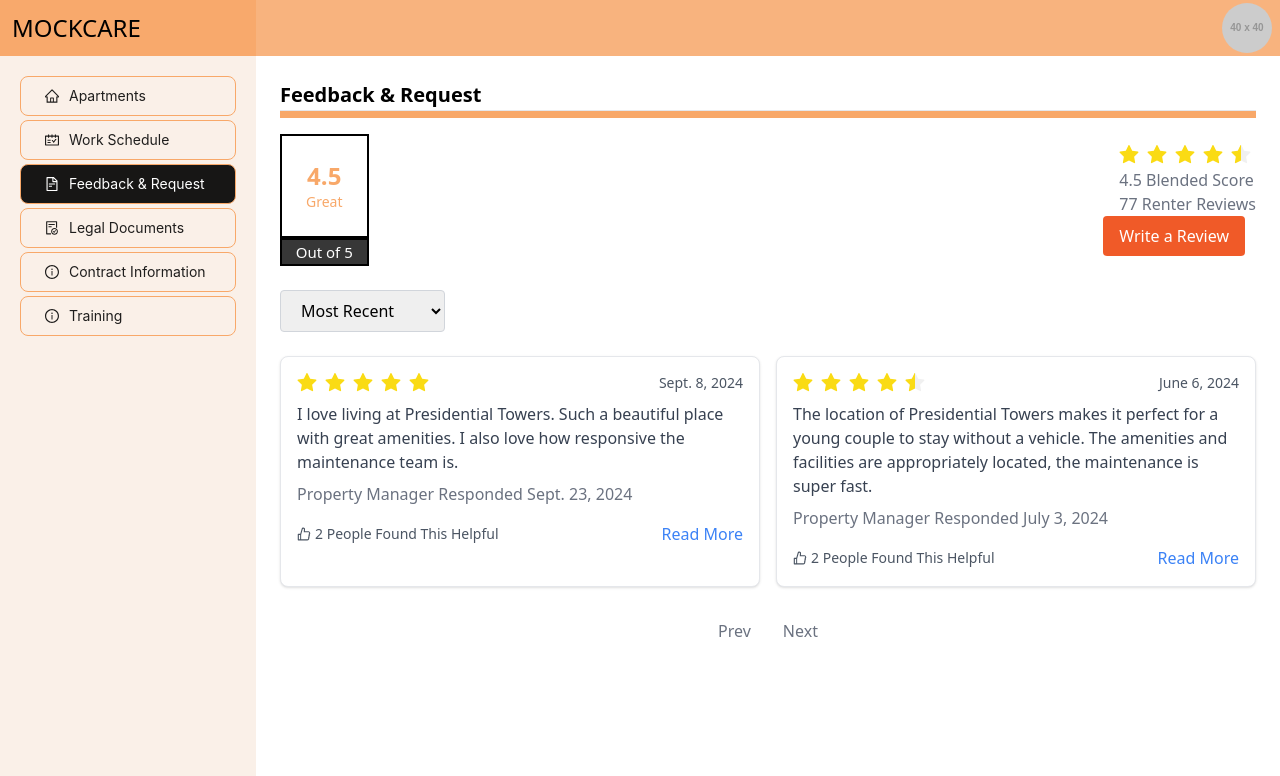
Repository: dunh-real/MockProject_102024_Nhom4
Page: / (app in frontend/)
These files come from the project's save history. The page is drawn as it stood at one moment and after the next save; the edit follows.
The browser window is 1280 px wide. The pictures show the whole page.
The project was rebuilt for these pictures with package versions that can differ from the ones it lists, and the page was loaded fresh each time. Also part of the build but not shown: frontend/vite.config.js, frontend/vite.config.ts, frontend/src/App.css, frontend/src/component/ReviewModal.tsx.

Above is the page before, as saved 2024-10-09 13:10:54.

After the next save:
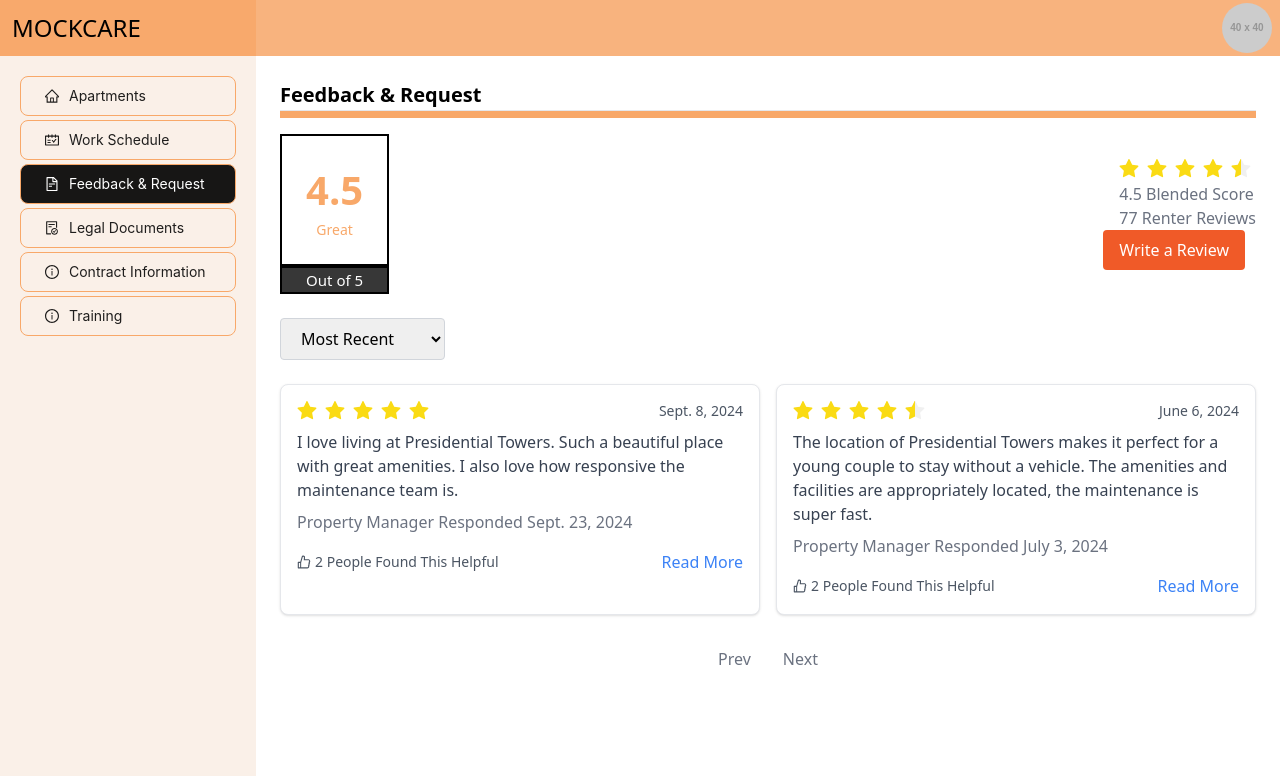
Saved 9 s later.
--- a/frontend/src/pages/Feedback&Request/Feedback&Request.tsx
+++ b/frontend/src/pages/Feedback&Request/Feedback&Request.tsx
@@ -66,7 +66,7 @@ const ReviewList: React.FC = () => {
                         <div className="flex flex-col   items-center">
                             <div className=" text-center text-[#F8A869] border-black border-2  p-6 ">
                                 <div className=''>
-                                    <p className="text-2xl font-bold">4.5</p>
+                                    <p className="text-[40px] font-bold">4.5</p>
                                     <p className="text-sm">Great</p>
                                 </div>
 
